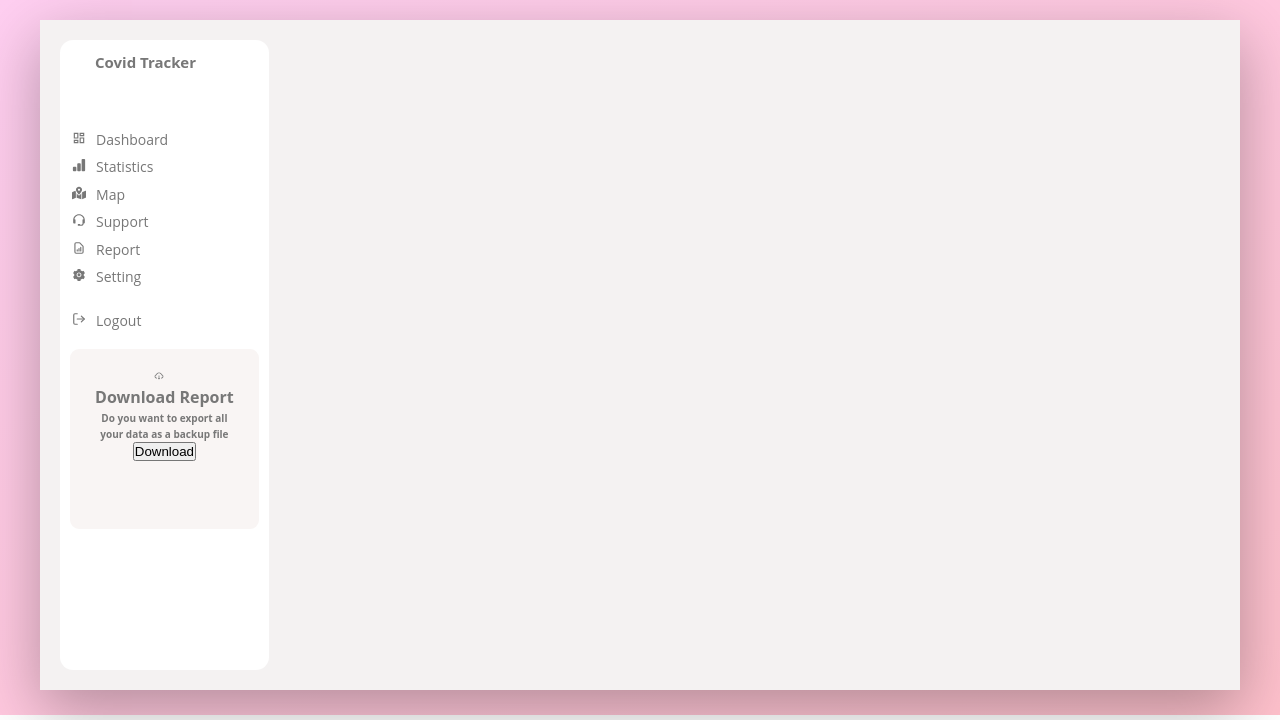
Repository: okidijimmy200/CovidAdminTracker
Page: /
These files come from the project's save history. The page is drawn as it stood at one moment and after the next save; the edit follows.
The browser window is 1280 px wide. The pictures show the whole page.
The project was rebuilt for these pictures with package versions that can differ from the ones it lists, and the page was loaded fresh each time.

Above is the page before, as saved 2022-06-16 12:55:37.

### public/index.html
<!DOCTYPE html>
<html lang="en">
  <head>
    <meta charset="utf-8" />
    <link rel="icon" href="%PUBLIC_URL%/favicon.ico" />
    <meta name="viewport" content="width=device-width, initial-scale=1" />
    <meta name="theme-color" content="#000000" />
    <meta
      name="description"
      content="Web site created using create-react-app"
    />
    <link rel="apple-touch-icon" href="%PUBLIC_URL%/logo192.png" />
    <!--
      manifest.json provides metadata used when your web app is installed on a
      user's mobile device or desktop. See https://developers.google.com/web/fundamentals/web-app-manifest/
    -->
    <link rel="manifest" href="%PUBLIC_URL%/manifest.json" />
    <!--
      Notice the use of %PUBLIC_URL% in the tags above.
      It will be replaced with the URL of the `public` folder during the build.
      Only files inside the `public` folder can be referenced from the HTML.

      Unlike "/favicon.ico" or "favicon.ico", "%PUBLIC_URL%/favicon.ico" will
      work correctly both with client-side routing and a non-root public URL.
      Learn how to configure a non-root public URL by running `npm run build`.
    -->
    <title>Covid Admin Tracker</title>
  </head>
  <body>
    <noscript>You need to enable JavaScript to run this app.</noscript>
    <div id="root"></div>
    <!--
      This HTML file is a template.
      If you open it directly in the browser, you will see an empty page.

      You can add webfonts, meta tags, or analytics to this file.
      The build step will place the bundled scripts into the <body> tag.

      To begin the development, run `npm start` or `yarn start`.
      To create a production bundle, use `npm run build` or `yarn build`.
    -->
  </body>
</html>

### src/index.scss
:root {
  --color-primary:#eb2f64;
  --color-primary-light:#ffcff1;
  --color-primary-dark:#ffc1cc;
  --color-grey-light-1: #faf9f9;
  --color-grey-light-2: #f4f2f2;
  --color-grey-light-3: #f0eeee;
  --color-grey-light-4: #ccc;
  --color-grey-dark-1: #333;
  --color-grey-dark-2: #777;
  --color-grey-dark-3: #999;

  // creating variable for box
  --shadow-dark: 0 2rem 6rem rgba(0, 0, 0, 0.3);

  --shadow-light: 0 2rem 5rem rgba(0,0,0,.06);
}


* {
  margin: 0;
  padding: 0;
}
*,
*::before,
*::after {
  box-sizing: inherit;
}

html {
  box-sizing: border-box;
  font-size: 62.5%;

}

body {
  font-family: 'Open Sans', sans-serif;
  font-weight: 400;
  line-height: 1.6;
  color: var(--color-grey-dark-2);
  background-image: linear-gradient(to right bottom, var(--color-primary-light), var(--color-primary-dark));
  background-size: cover;
  background-repeat: no-repeat;
  min-height: 96.5vh;
}

### src/App.tsx
import React from 'react';
import Sidebar from './sidebar/sidebar';
import Content from './core/content';
import './App.scss';

function App() {
  return (
    <div data-testid='container' className="container">
      <div className="content">
      <Sidebar />
      <Content />
      </div>

    </div>
  );
}

export default App;

### src/sidebar/sidebar.tsx
import React from 'react'
import {MdOutlineDashboard  } from 'react-icons/md'
import { BsFillBarChartFill } from 'react-icons/bs'
import { FaMapMarkedAlt } from 'react-icons/fa'
import { BiSupport } from 'react-icons/bi'
import { HiOutlineDocumentReport } from 'react-icons/hi'
import { AiFillSetting } from 'react-icons/ai'
import { FiLogOut } from 'react-icons/fi'
import { AiOutlineCloudDownload } from 'react-icons/ai'

import './sidebar.scss'

export default function sidebar() {
  return (
    <>
    <nav className="sidebar">
        <h2 className='title'>Covid Tracker</h2>
        <div className='sidebar-flex'>
            <div>
            <ul className="side-nav">
            <li className="side-nav__item side-nav__item--active">
                <span className='side-nav__icon'><MdOutlineDashboard /></span>
                    <span>Dashboard</span>
            </li>
            <li className="side-nav__item">
                {/* <a href="#" class="side-nav__link"> */}
                    <span className="side-nav__icon">
                        <BsFillBarChartFill />
                        {/* <use xlink:href="img/spritspam#icon-aircraft-take-off"></use> */}
                    </span>
                    <span>Statistics</span>
                {/* </a> */}
            </li>
            <li className="side-nav__item">
                {/* <a href="#" class="side-nav__link"> */}
                    <span className="side-nav__icon">
                        <FaMapMarkedAlt />
                        {/* <use xlink:href="img/sprite.svg#icon-key"></use> */}
                    </span>
                    <span>Map</span>
                {/* </a> */}
            </li>
            <li className="side-nav__item">
                {/* <a href="#" className="side-nav__link"> */}
                    <span className="side-nav__icon">
                        {/* <use xlink:href="img/sprite.svg#icon-map"></use> */}
                        <BiSupport />
                    </span>
                    <span>Support</span>
                {/* </a> */}
            </li>
            <li className="side-nav__item">
                {/* <a href="#" className="side-nav__link"> */}
                    <span className="side-nav__icon">
                        {/* <use xlink:href="img/sprite.svg#icon-map"></use> */}
                        <HiOutlineDocumentReport />
                    </span>
                    <span>Report</span>
                {/* </a> */}
            </li>
            <li className="side-nav__item">
                {/* <a href="#" className="side-nav__link"> */}
                    <span className="side-nav__icon">
                        {/* <use xlink:href="img/sprite.svg#icon-map"></use> */}
                        <AiFillSetting />
                    </span>
                    <span>Setting</span>
                {/* </a> */}
            </li>
        </ul>
            </div>
            <div>
                <ul className="side-nav logout">
                <li className="side-nav__item">
                <span className="side-nav__icon">
                        <FiLogOut />
                    </span>
                <span>Logout</span>
            </li>
                </ul>

            </div>

        <div className="download">
            <div className='download__container'>
            <span className="side-nav__icon">
                <AiOutlineCloudDownload />
            </span>
            <h2 className='title__download'>Download Report</h2>
                <h4>Do you want to export all your data as a backup file</h4>
            <button>Download</button>
            </div>

        </div>
        </div>
    </nav>
</>
  )
}

### src/core/content.tsx
import React from 'react'

import './content.scss'

export default function Content() {
  return (
    <main className="hotel-view">
    </main>
  )
}

### src/App.scss
.container {
  max-width: 120rem;
  // centering in the view port
  margin: 2rem auto;
  background-color: var(--color-grey-light-2);
  // box-shadow:;
  box-shadow: var(--shadow-dark);

  // min height for testing
  // min-height: 60rem;

}

.content {
  display: flex;
  min-height: 93vh;
  padding: 2rem;
}

### src/sidebar/sidebar.scss

.sidebar {
    // styling the sidebar
    background-color: #fff;
    // flex property to define width, grow 0, shrink 0
    flex: 0 0 18%;
    // to create alot of space in the container for legal text
    border-radius: 1.3rem;
}

.side-nav {
    // adding font size
    font-size: 1.4rem;
    list-style: none;
    margin-top: 3.5rem;


   &__item {
       // parent element set to relative to element the hover effect
       position: relative;
       cursor: pointer;
       margin-left: 1.2rem;

       // to create space btn the items
       &:not(:last-child) {
           margin-bottom: .5rem;
       }
   }

   // this shd be visible only when we hover the item
   &__item:hover::before,
   // to make one of the li items initially highlighted
   &__item--active::before {
       width: 100%;
   }

   // to show the item as selected
   &__item:active::before {
       background-color: #fff;
   }


   &__link:link,
   &__link:visited {
    //    color: var(--color-grey-light-1);
       text-decoration: none;
       text-transform: uppercase;
       display: inline-block;
       padding: 1.5rem 3rem;
       // z-index only works with positioning
       position: relative;
       z-index: 10;
       // to align items in straight line
       display: flex;
       align-items: center;
   }

   &__icon {
       // reduce size of icons
       width: 1.75rem;
       height: 1.75rem;
       margin-right: 1rem;
       // current color is the color of the current element
       fill:currentColor;
   }
}
.logout {
    margin-top: 2.2rem;
    margin-bottom: 1.6rem;
}
.sidebar-flex {
    display: flex;
    flex-direction: column;
    height: 45rem;
}
.title {
    padding: 1rem 2rem 2rem 3.5rem;
}

.download {
    border-radius: .9rem;
    background-color: #F9F5F4;
    height: 18rem;
    margin: 0 1rem;

    &__container {
        text-align: center;
        margin: 2rem;
    }
}
.title__download {
    font-size: 1.6rem;
    font-weight: bold;
}

### src/core/content.scss
.hotel-view {
    // background-color: #fff;
    // to make the hotel-view cover up the remaining space
    flex: 1;
    margin-left: 2rem;
}

Loaded but not shown: src/index.tsx (common file); src/reportWebVitals.ts (common file)

After the next save:
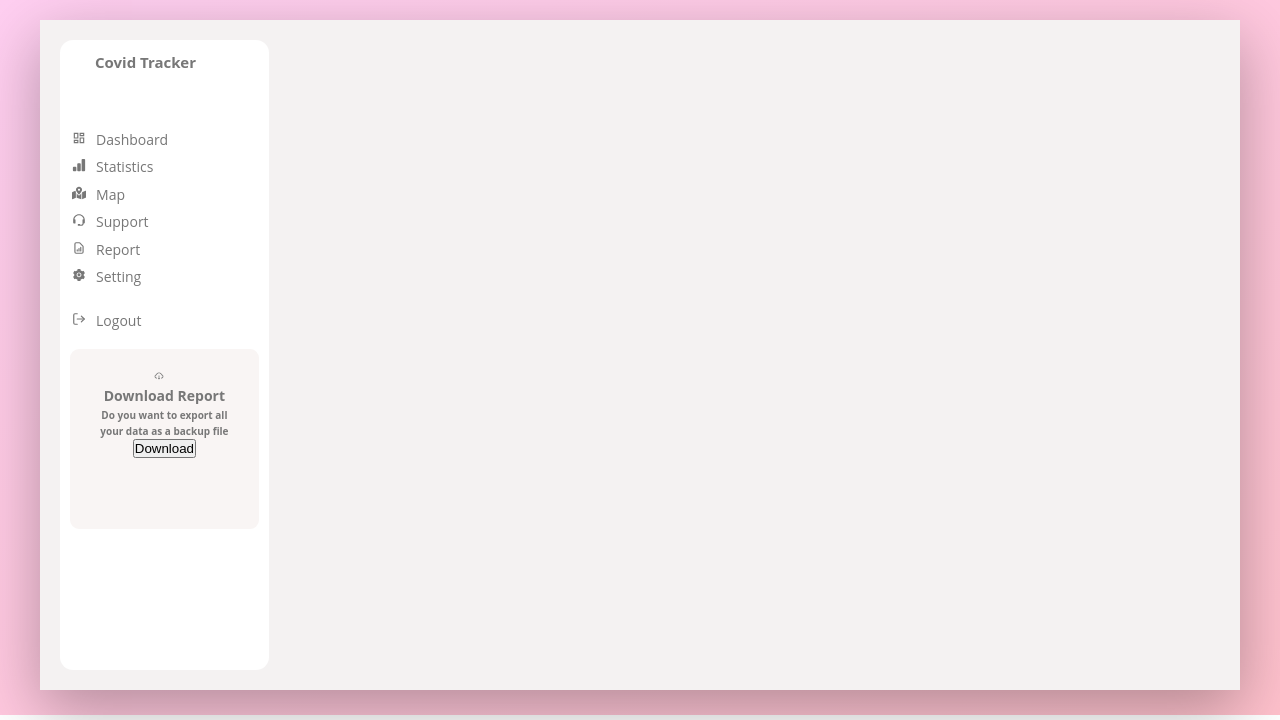
Saved 23 s later.
--- a/src/sidebar/sidebar.scss
+++ b/src/sidebar/sidebar.scss
@@ -89,6 +89,6 @@
     }
 }
 .title__download {
-    font-size: 1.6rem;
+    font-size: 1.4rem;
     font-weight: bold;
 }
